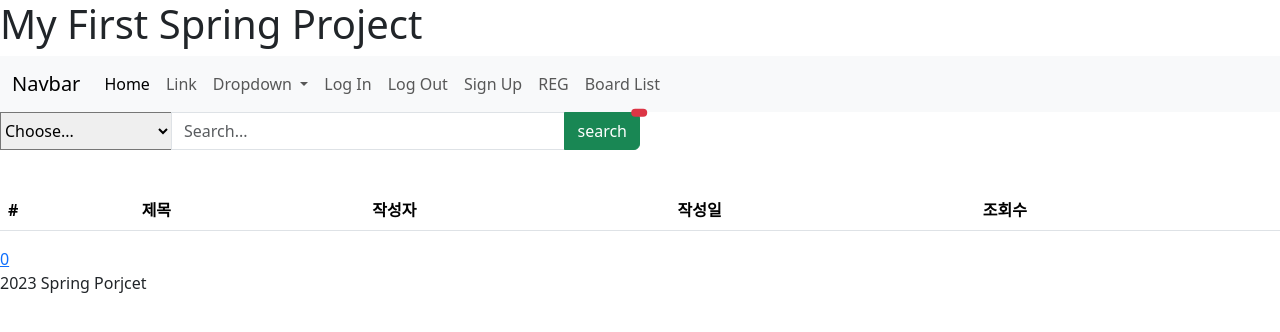
Repository: Leesunghoon1/ezenSpring
Page: http://localhost/spring-Test/WEB-INF/views/board/list.jsp
The author's editor kept a copy of each file at every save. The page is drawn from the files as they stood at one save, then again after the next save.
The browser window is 1280 px wide. The pictures show the whole page.
The page is served by Tomcat 9. Nobody is signed in. The template is opened directly, without the code that normally fills it, so the values that code supplies are empty.

Above is the page before, as saved 2023-10-13 10:51:03.

After the next save:
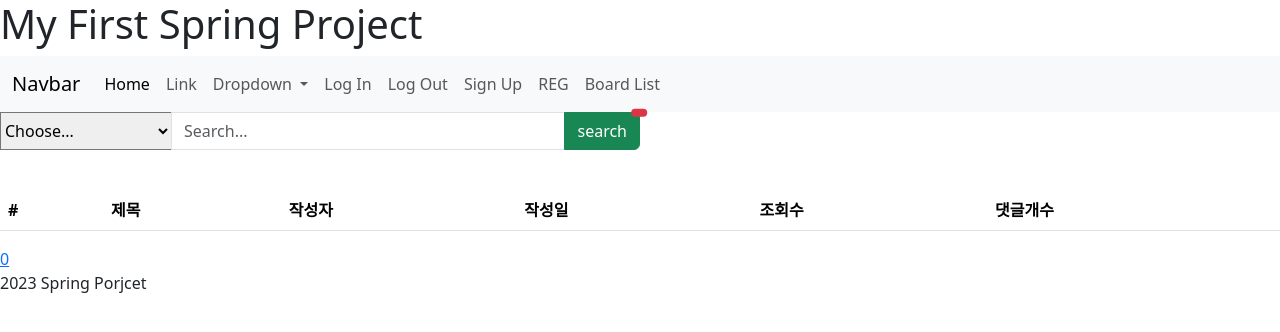
Saved 2 min 28 s later.
--- a/spring-Test/src/main/webapp/WEB-INF/views/board/list.jsp
+++ b/spring-Test/src/main/webapp/WEB-INF/views/board/list.jsp
@@ -46,6 +46,7 @@
 	<th>작성자</th>
 	<th>작성일</th>
 	<th>조회수</th>
+	<th>댓글개수</th>
 </tr>
 
 </thead>
